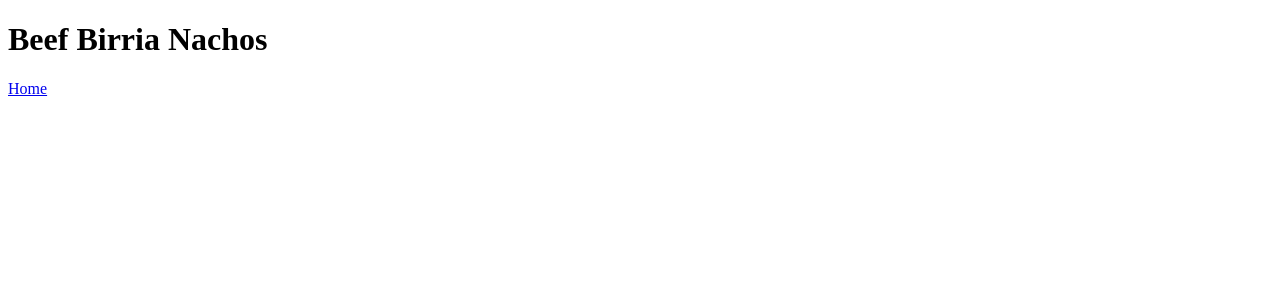
Repository: itsDevAK/odin-recipes
Page: recipes/nachos.html
The author's editor kept a copy of each file at every save. The page is drawn from the files as they stood at one save, then again after a run of saves.
The browser window is 1280 px wide. The pictures show the whole page.

Above is the page before, as saved 2026-09-17 10:14:05.

After the next 2 saves:
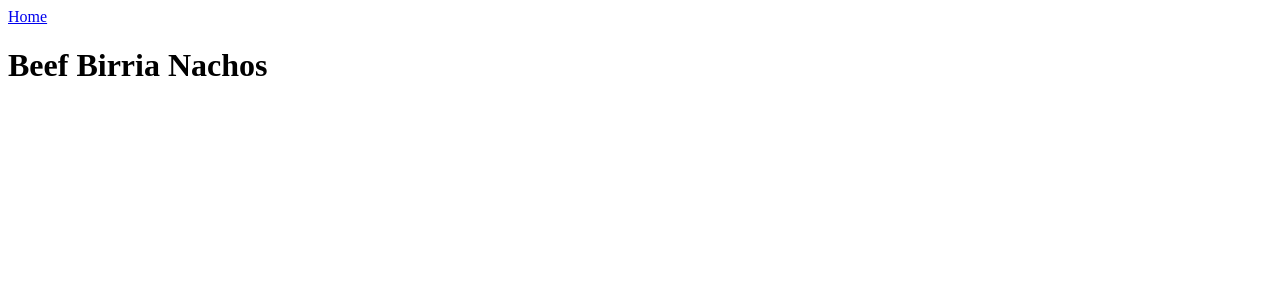
The 2 saves are shown as one change because they came seconds apart.
The last was saved 2 min 23 s later.
--- a/recipes/nachos.html
+++ b/recipes/nachos.html
@@ -6,7 +6,8 @@
     <title>Beef Birria Nachos</title>
 </head>
 <body>
+    <a href="../index.html">Home</a>
     <h1>Beef Birria Nachos</h1>
-    <a href="../index.html">Home</a>
+
 </body>
 </html>
